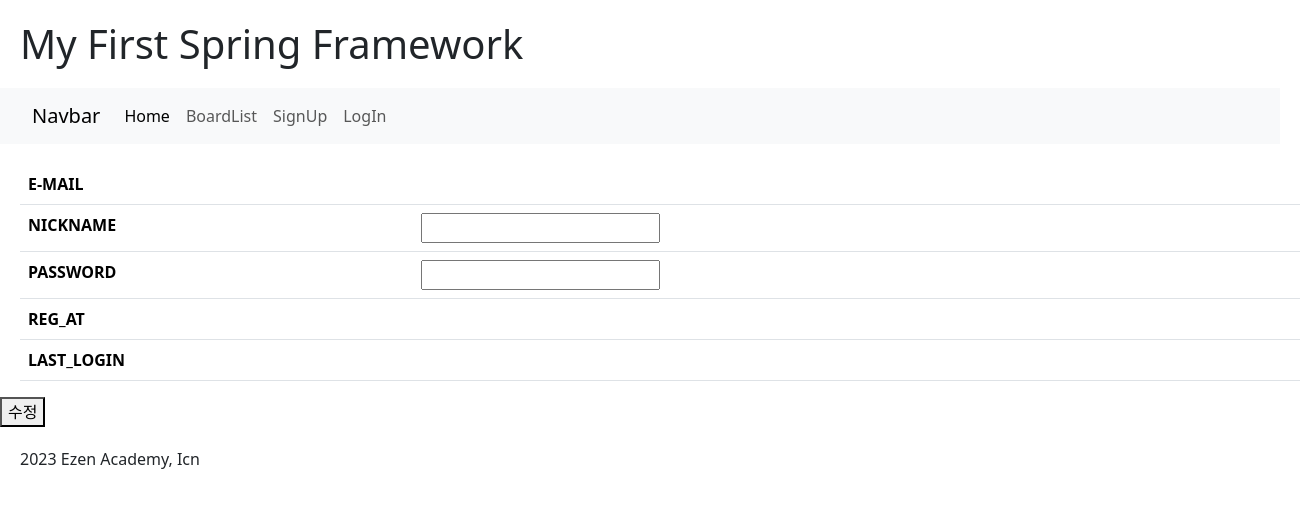
Repository: halsooitda/spring-java
Page: http://localhost/springProject/WEB-INF/views/member/detail.jsp
The author's editor kept a copy of each file at every save. The page is drawn from the files as they stood at one save, then again after the next save.
The browser window is 1280 px wide. The page is 1300 px wide, so the pictures cover 1300 px, including what lies to the right of the window. The pictures show the whole page.
The page is served by Tomcat 9. Nobody is signed in. The template is opened directly, without the code that normally fills it, so the values that code supplies are empty.

Above is the page before, as saved 2023-10-31 07:12:12.
Console error: TypeError: Cannot read properties of null (reading 'addEventListener')

After the next save:
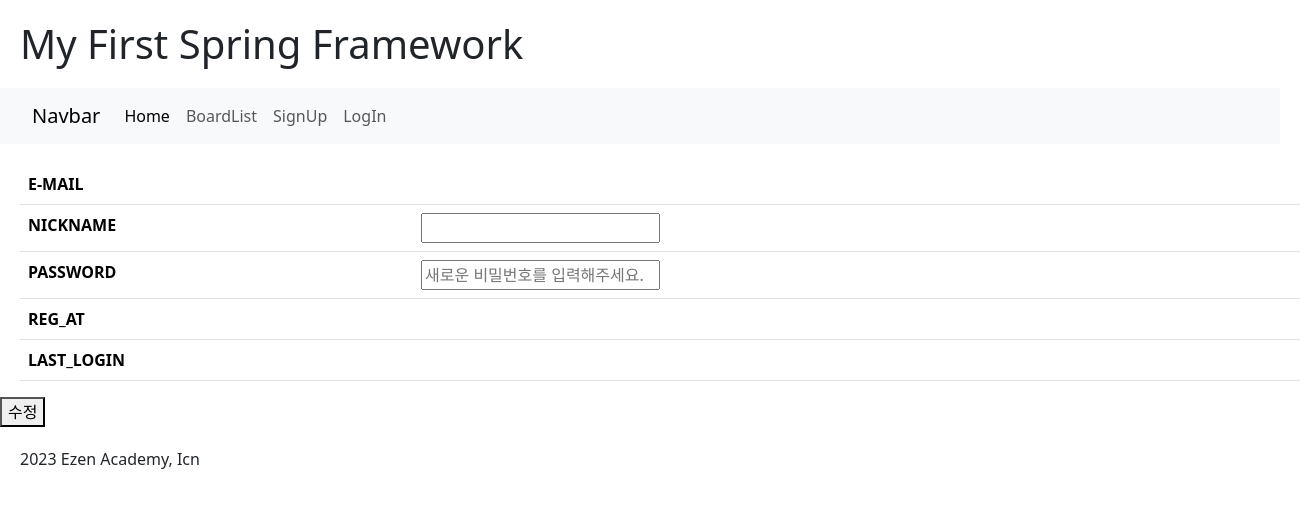
Saved 9 s later.
--- a/springProject/src/main/webapp/WEB-INF/views/member/detail.jsp
+++ b/springProject/src/main/webapp/WEB-INF/views/member/detail.jsp
@@ -30,7 +30,7 @@
 		</tr>
 		<tr>
 			<th>PASSWORD</th>
-			<td><input type="text" name="pwd"></td>
+			<td><input type="text" name="pwd" placeholder="새로운 비밀번호를 입력해주세요."></td>
 		</tr>
 		<tr>
 			<th>REG_AT</th>
